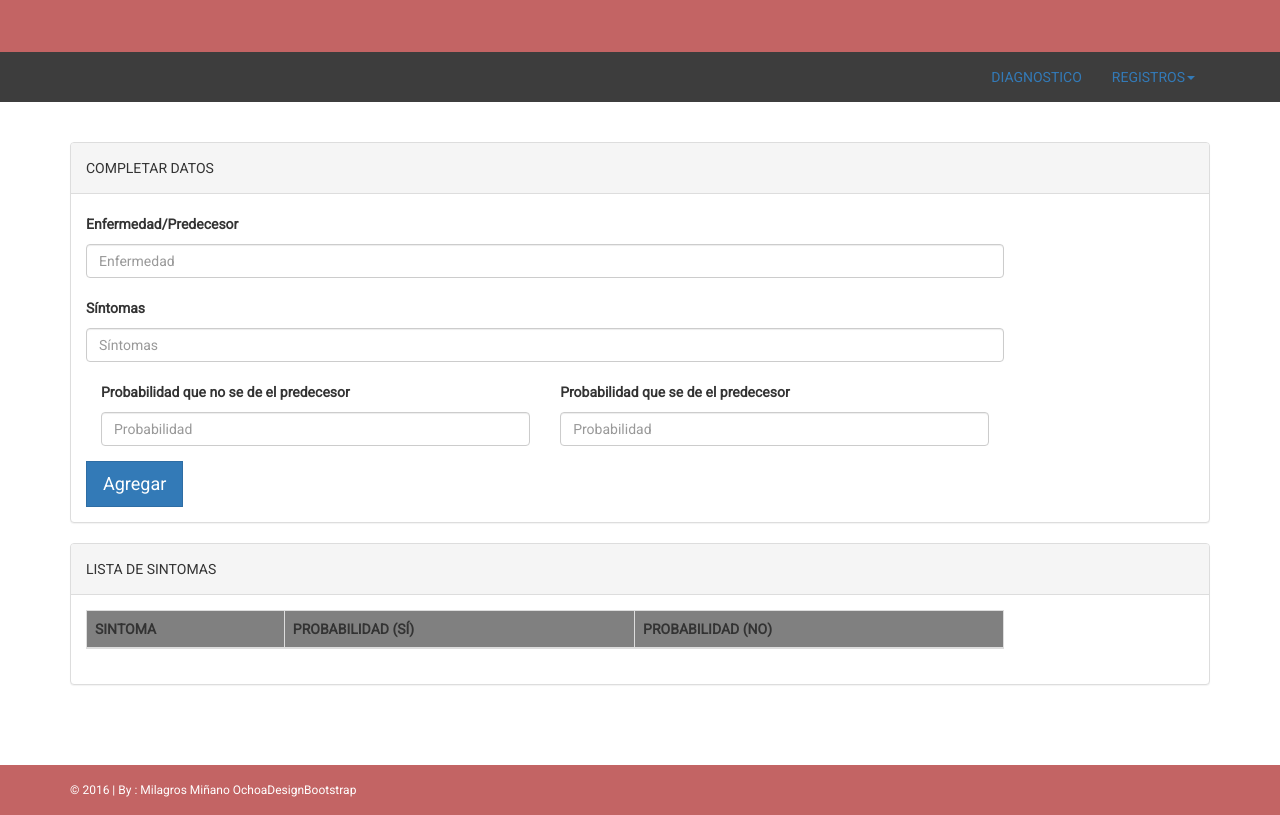
Repository: Mili10/PROYECTOII
Page: http://localhost/Capa_Presentación/frmRegistroSintoma.jsp
An editor plug-in stored every save of this project. The page is shown before and after the next save, followed by the edit.
The browser window is 1280 px wide. The pictures show the whole page.
The page is served by Tomcat 9.

Above is the page before, as saved 2016-05-16 07:01:48.

After the next save:
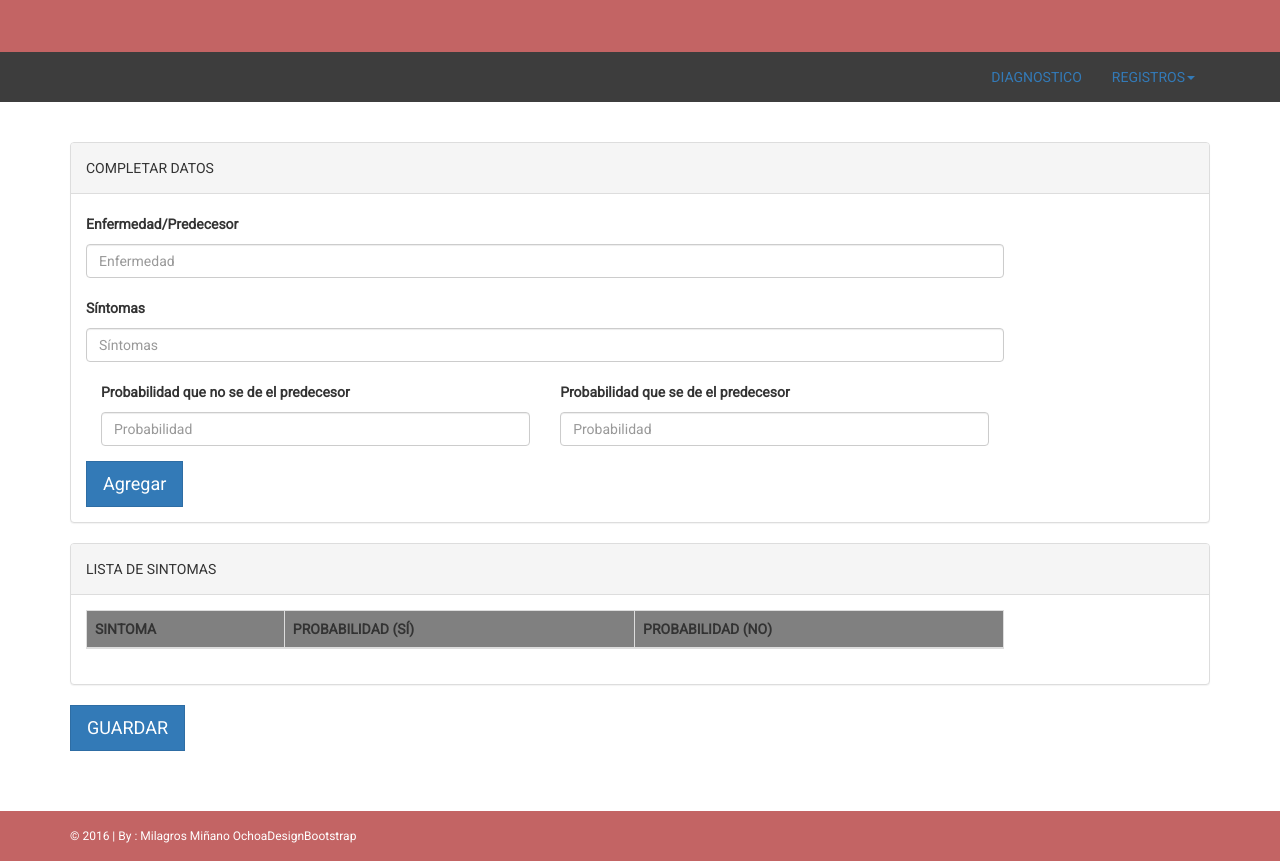
Saved 37 s later.
--- a/sistema_experto_web/Capa_Presentación/WebContent/frmRegistroSintoma.jsp
+++ b/sistema_experto_web/Capa_Presentación/WebContent/frmRegistroSintoma.jsp
@@ -75,7 +75,9 @@
 					  </div>
 				  </div>
 	         </div>
-
+	         <button class="btn btn-primary btn-lg" data-toggle="modal" data-target="#myModal">
+                              GUARDAR
+                            </button>
 	      </div>
       </div>
 
